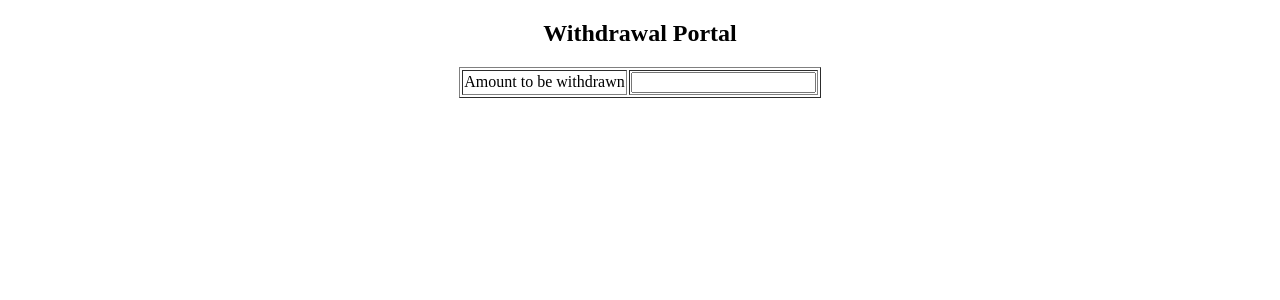
Repository: abhinavan/BankAccountProject
Page: http://localhost/BankAccountProject/withdrawalPage.jsp
These files come from the project's save history. The page is drawn as it stood at one moment and after the next save; the edit follows.
The browser window is 1280 px wide. The pictures show the whole page.
The page is served by Tomcat 9. Other server files are loaded and not shown.

Above is the page before, as saved 2016-08-10 11:46:02.

### BankAccountProject/WebContent/withdrawalPage.jsp
<%@ page language="java" contentType="text/html; charset=ISO-8859-1"
    pageEncoding="ISO-8859-1"%>
<!DOCTYPE html PUBLIC "-//W3C//DTD HTML 4.01 Transitional//EN" "http://www.w3.org/TR/html4/loose.dtd">
<html>
<head>
<meta http-equiv="Content-Type" content="text/html; charset=ISO-8859-1">
<title>Insert title here</title>
</head>
<body>
<h2 align="center">Withdrawal Portal</h2>
<table align="center" border="1">
<tr>
<td>Amount to be withdrawn</td>
<td><input type="number" name="balance"/></td>
</tr>
</table>
<%
%>
</body>
</html>

After the next save:
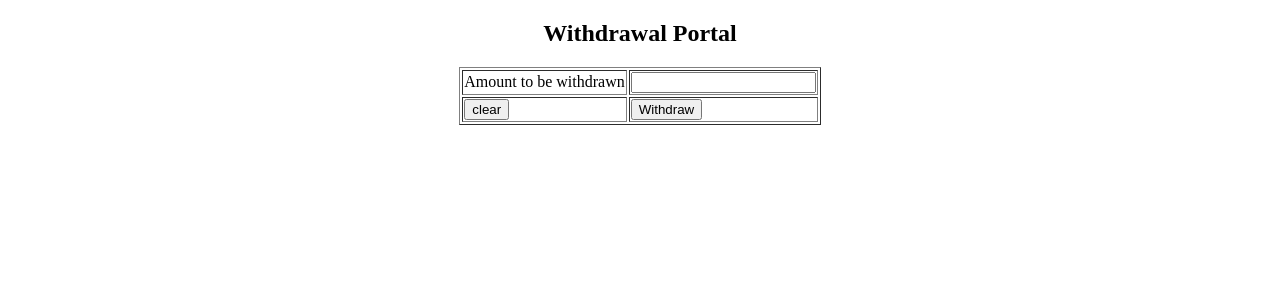
Saved 71 s later.
--- a/BankAccountProject/WebContent/withdrawalPage.jsp
+++ b/BankAccountProject/WebContent/withdrawalPage.jsp
@@ -13,6 +13,10 @@
 <td>Amount to be withdrawn</td>
 <td><input type="number" name="balance"/></td>
 </tr>
+<tr>
+<td><input type="reset" value="clear"/></td>
+<td><input type="submit" value="Withdraw"/></td>
+</tr>
 </table>
 <%
 %>
